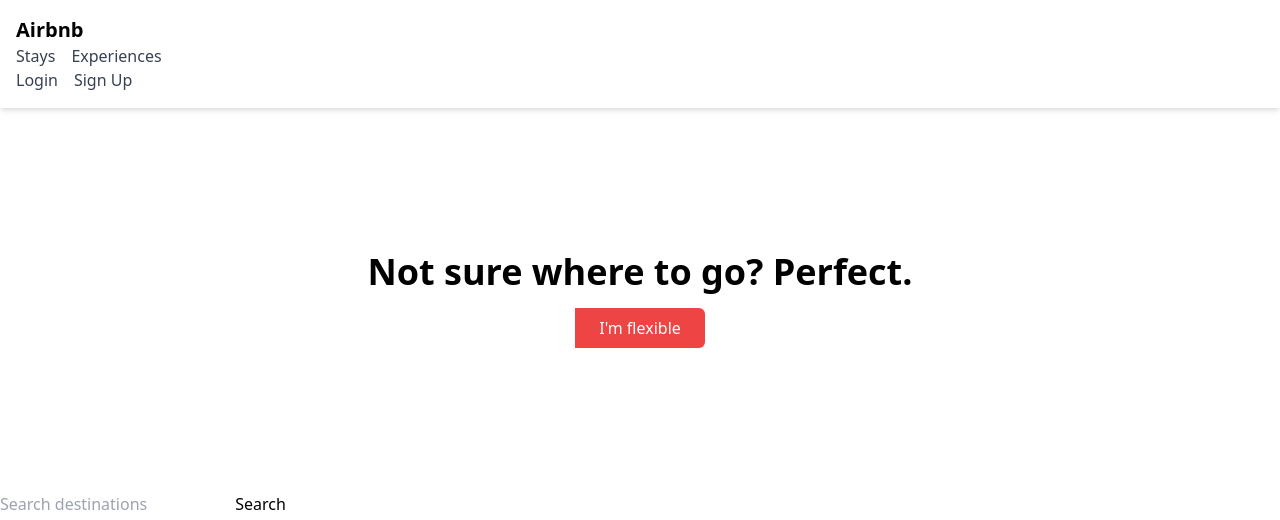
Repository: rmdayberry/Airbnb-Clone
Page: index.html
An editor plug-in stored every save of this project. The page is shown before and after the next save, followed by the edit.
The browser window is 1280 px wide. The pictures show the part of the page from y = 0 to 520 px (the page is 960 px tall).
A picture or video elsewhere on the page could not be fetched, so the positions and the page height are approximate.

Above is the page before, as saved 2024-08-13 15:11:45.

### index.html
<!DOCTYPE html>
<html lang="en">
  <head>
    <meta charset="UTF-8" />
    <meta name="viewport" content="width=device-width, initial-scale=1.0" />
    <title>Airbnb Clone</title>
    <link
      href="https://cdn.jsdelivr.net/npm/tailwindcss@2.2.19/dist/tailwind.min.css"
      rel="stylesheet"
    />
  </head>
  <body class="font-sans">
    <!-- Navbar -->
    <nav class="lex justify-between items-center p-4 shadow-md bg-white">
      <div class="text-xl font-bold">Airbnb</div>
      <ul class="flex space-x-4">
        <li><a href="#" class="text-gray-700 hover:underline">Stays</a></li>
        <li>
          <a href="#" class="text-gray-700 hover:underline">Experiences</a>
        </li>
      </ul>
      <div class="flex space-x-4">
        <a href="#" class="text-gray-700 hover:underline">Login</a>
        <a href="#" class="text-gray-700 hover:underline">Sign Up</a>
      </div>
    </nav>

    <!-- Hero Section -->

    <header class="bg-cover bg-center h-96">
      <div class="flex flex-col justify-center items-center h-full">
        <h1 class="text-4xl font-bold mb-4">Not sure where to go? Perfect.</h1>
        <button class="bg-red-500 text-white px-6 py-2 rounded-r-md">
          I'm flexible
        </button>
      </div>
    </header>

    <!-- Search Bar -->
    <section class="search-bar">
      <input type="text" placeholder="Search destinations" />
      <button>Search</button>
    </section>

    <!-- Featured Listings -->
    <section class="listings">
      <h2>Featured Destinations</h2>
      <div class="listing">
        <img src="image1.jpeg" alt="Destination 1" />
        <h3>Destination 1</h3>
      </div>
    </section>

    <!-- Footer -->
    <footer>
      <div class="footer-content">
        <p>© 2024 Airbnb, Inc.</p>
        <ul class="footer-links">
          <li><a href="#">Privacy</a></li>
          <li><a href="#">Terms</a></li>
          <li><a href="#">Sitemap</a></li>
        </ul>
      </div>
    </footer>
  </body>
</html>

After the next save:
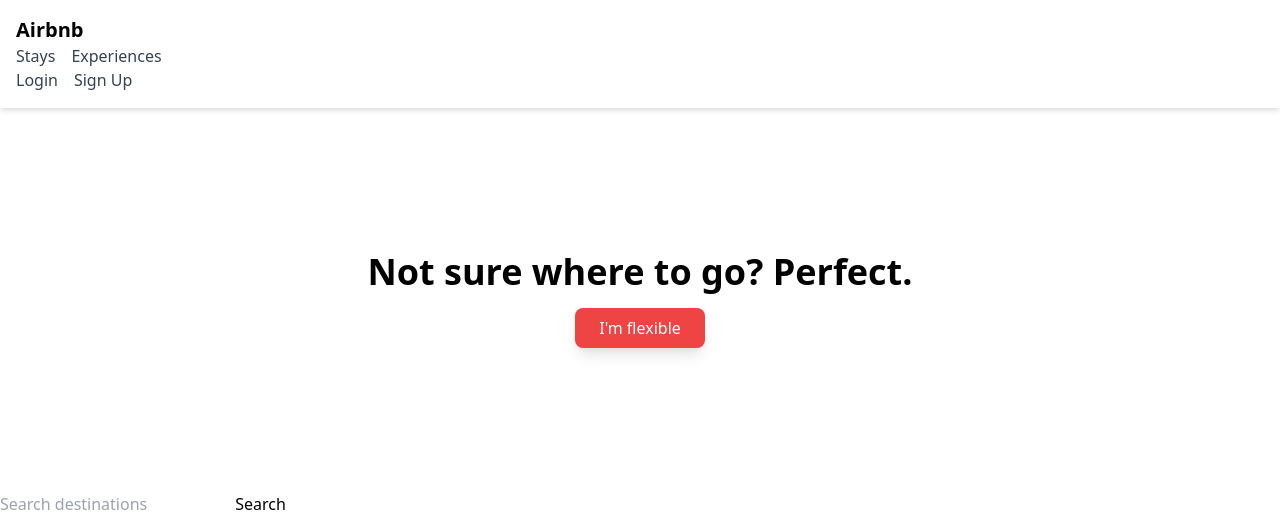
Saved 87 s later.
--- a/index.html
+++ b/index.html
@@ -30,7 +30,7 @@
     <header class="bg-cover bg-center h-96">
       <div class="flex flex-col justify-center items-center h-full">
         <h1 class="text-4xl font-bold mb-4">Not sure where to go? Perfect.</h1>
-        <button class="bg-red-500 text-white px-6 py-2 rounded-r-md">
+        <button class="bg-red-500 text-white py-2 px-6 rounded-lg shadow-lg">
           I'm flexible
         </button>
       </div>
